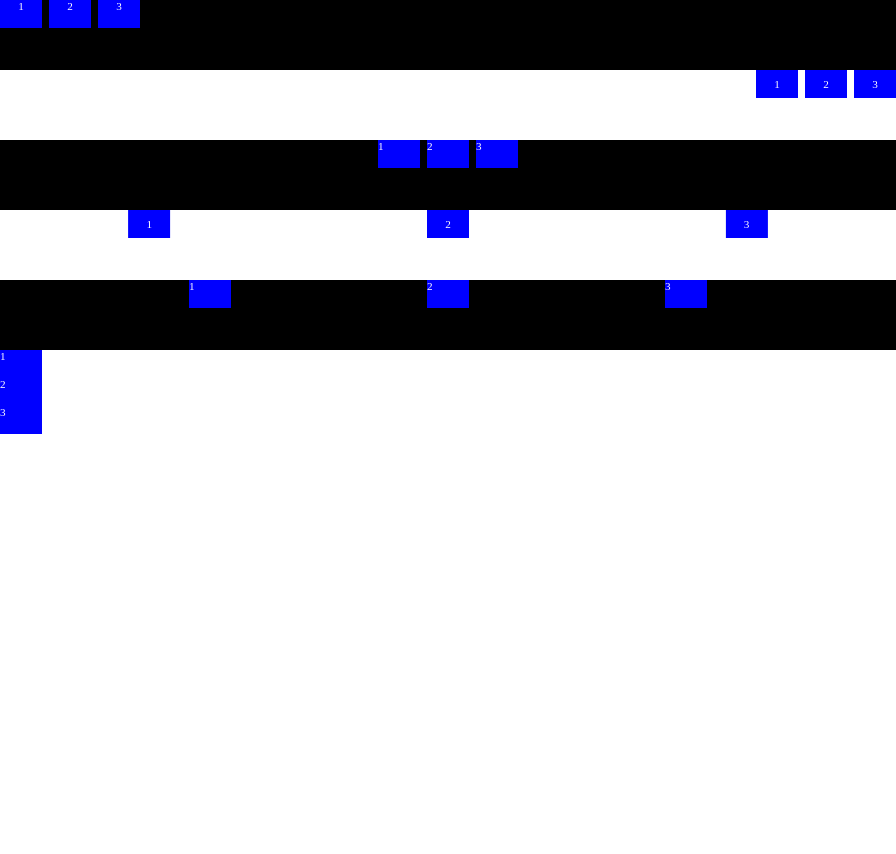
Repository: Elesion08/flexbox
Page: index.html
The author's editor kept a copy of each file at every save. The page is drawn from the files as they stood at one save, then again after the next save.
The browser window is 1280 px wide. The pictures show the part of the page from y = 0 to 1920 px (the page is 1220 px tall before and 2660 px after), at 70% of full size.

Above is the page before, as saved 2025-04-14 11:47:42.

After the next save:
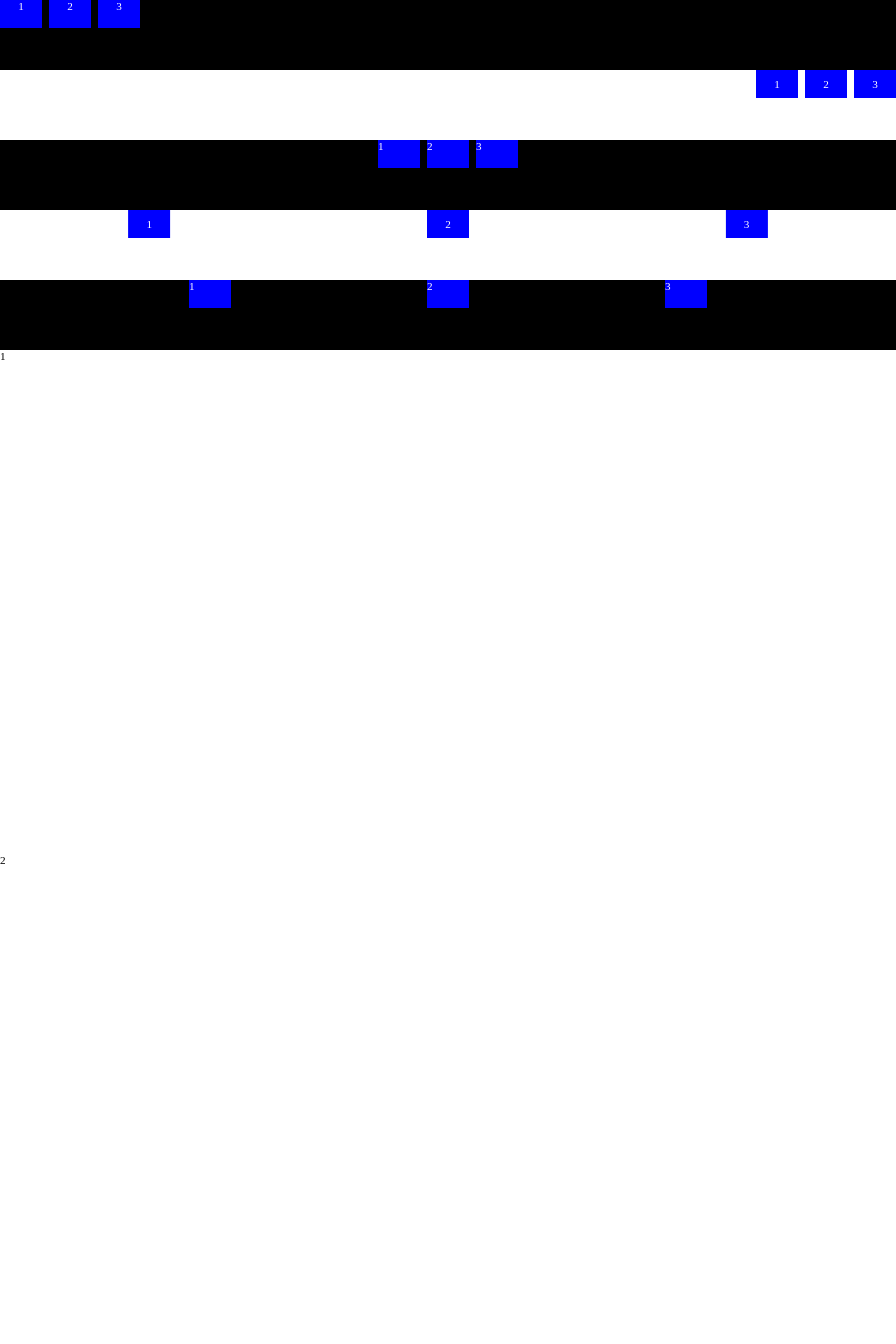
Saved 7 s later.
--- a/index.html
+++ b/index.html
@@ -34,9 +34,9 @@
             <div class="box5">3</div>
         </div>
         <div class="container__card6">
-            <div class="box5">1</div>
-            <div class="box5">2</div>
-            <div class="box5">3</div>
+            <div class="box6">1</div>
+            <div class="box6">2</div>
+            <div class="box6">3</div>
         </div>
     </div>
 </body>
